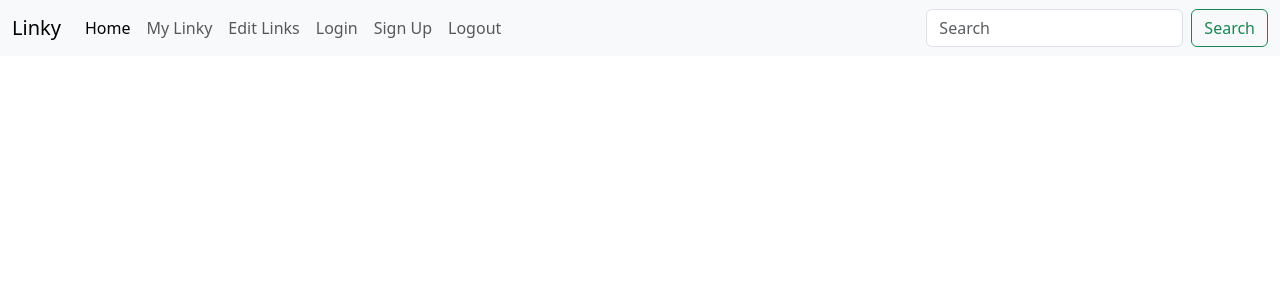
Repository: saramargulies/linktree-app-deploy
Page: / (app in ghi/)
These files come from the project's save history. The page is drawn as it stood at one moment and after a run of saves; the edit follows.
The browser window is 1280 px wide. The pictures show the whole page.
The project was rebuilt for these pictures with package versions that can differ from the ones it lists, and the page was loaded fresh each time. Imported but missing from the stored project, and not drawn on this page: ghi/src/Global/Footer, ghi/src/Home/HomePage.

Above is the page before, as saved 2023-09-28 18:53:19.

After the next 2 saves:
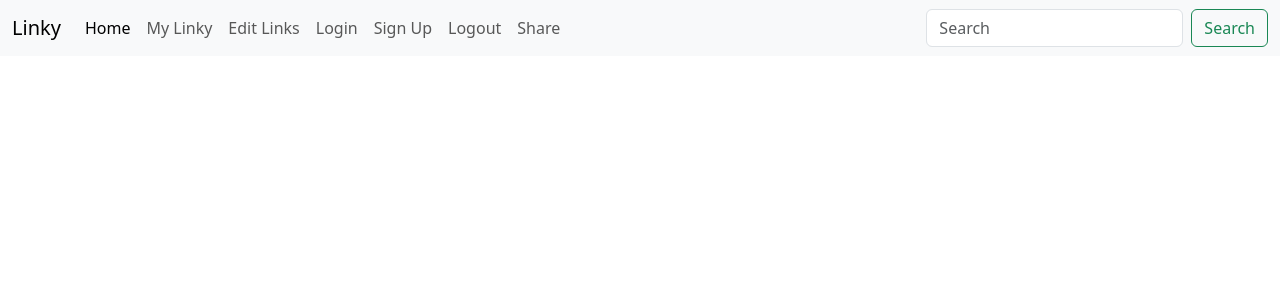
The 2 saves are shown as one change because they came seconds apart.
The last was saved 8 min 52 s later.
--- a/ghi/src/Global/NavBar.jsx
+++ b/ghi/src/Global/NavBar.jsx
@@ -44,6 +44,9 @@ const NavBar = () => {
                     <li className="nav-item">
                     <Link className="nav-link" href="#">Logout</Link>
                     </li>
+                    <li className="nav-item">
+                    <Link className="nav-link" href="#">Share</Link>
+                    </li>
                 </ul>
                 <form className="d-flex" role="search">
                     <input className="form-control me-2" type="search" placeholder="Search" aria-label="Search" />
